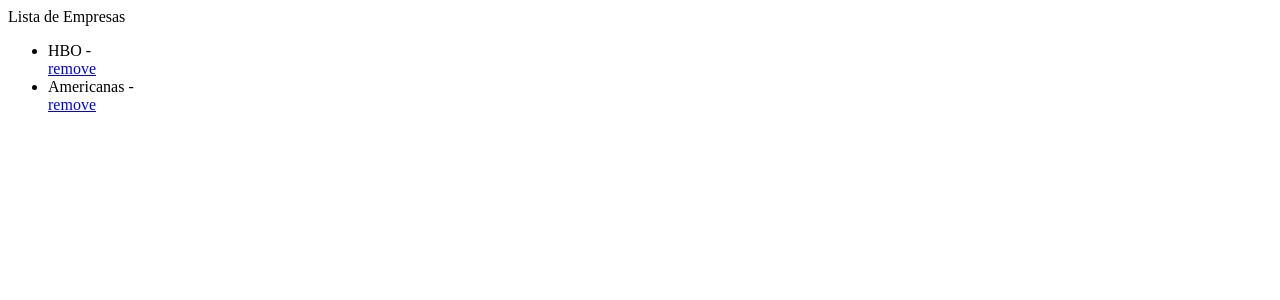
Repository: renanffdsouza/crud-java-servlet
Page: http://localhost/gerenciador/listaEmpresas
These files come from the project's save history. The page is drawn as it stood at one moment and after the next save; the edit follows.
The browser window is 1280 px wide. The pictures show the whole page.
The page is served by Tomcat 9. Other server files are loaded and not shown.

Above is the page before, as saved 2022-02-13 18:47:56.

### gerenciador/src/main/webapp/listaEmpresas.jsp
<%@page
	import="java.util.List, br.com.renan.gerenciador.servlet.Empresa"%>
<%@ page language="java" contentType="text/html; charset=ISO-8859-1"
	pageEncoding="ISO-8859-1"%>
<%@ taglib uri="http://java.sun.com/jsp/jstl/core" prefix="c" %>
<%@ taglib uri="http://java.sun.com/jsp/jstl/fmt" prefix="fmt" %>

<!DOCTYPE html>
<html>
<head>
<meta charset="ISO-8859-1">
<title>Java Standard Taglib</title>
</head>
<body>
	Lista de Empresas </br>

	<ul>
		<c:forEach items="${empresas}" var="empresa">
			<li>${empresa.nome } - <fmt:formatDate value="${empresa.dataAbertura }" pattern="dd/MM/yyyy"/></li>
			<a href="/gerenciador/removeEmpresa">remove</a>
		</c:forEach>
	</ul>

</body>
</html>

### gerenciador/src/main/java/br/com/renan/gerenciador/servlet/ListaEmpresasServlet.java
package br.com.renan.gerenciador.servlet;

import java.io.IOException;
import java.util.List;

import javax.servlet.RequestDispatcher;
import javax.servlet.ServletException;
import javax.servlet.annotation.WebServlet;
import javax.servlet.http.HttpServlet;
import javax.servlet.http.HttpServletRequest;
import javax.servlet.http.HttpServletResponse;


@WebServlet("/listaEmpresas")
public class ListaEmpresasServlet extends HttpServlet {
	private static final long serialVersionUID = 1L;

	protected void service(HttpServletRequest request, HttpServletResponse response) throws ServletException, IOException {
		Banco banco = new Banco();
		List<Empresa> lista = banco.getEmpresa();
		request.setAttribute("empresas", lista);
		RequestDispatcher rd = request.getRequestDispatcher("/listaEmpresas.jsp");
		rd.forward(request, response);



	}

}

### gerenciador/src/main/java/br/com/renan/gerenciador/servlet/modelo/copy/Banco.java
package br.com.renan.gerenciador.servlet;

import java.util.ArrayList;
import java.util.List;

public class Banco {
	private static List<Empresa> lista = new ArrayList<Empresa>();

	static {
		Empresa empresa = new Empresa();
		empresa.setNome("HBO");
		Empresa empresa2 = new Empresa();
		empresa2.setNome("Americanas");
		lista.add(empresa);
		lista.add(empresa2);
	}

	public void adiciona(Empresa empresa) {
		lista.add(empresa);
	}

	public List<Empresa> getEmpresa() {
		return Banco.lista;
	}

}

### gerenciador/src/main/java/br/com/renan/gerenciador/servlet/modelo/copy/Empresa.java
package br.com.renan.gerenciador.servlet;

import java.util.Date;

public class Empresa {
	private String nome;
	private Integer id;
	private Date dataAbertura;

	public String getNome() {
		return nome;
	}

	public void setNome(String nome) {
		this.nome = nome;
	}

	public Integer getId() {
		return id;
	}

	public void setId(Integer id) {
		this.id = id;
	}

	public Date getDataAbertura() {
		return dataAbertura;
	}

	public void setDataAbertura(Date dataAbertura) {
		this.dataAbertura = dataAbertura;
	}

}

After the next save:
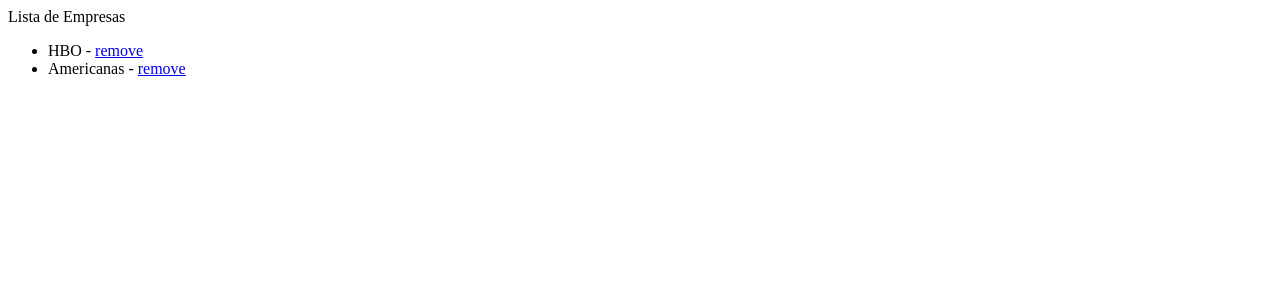
Saved 2 min 55 s later.
--- a/gerenciador/src/main/webapp/listaEmpresas.jsp
+++ b/gerenciador/src/main/webapp/listaEmpresas.jsp
@@ -16,8 +16,10 @@
 
 	<ul>
 		<c:forEach items="${empresas}" var="empresa">
-			<li>${empresa.nome } - <fmt:formatDate value="${empresa.dataAbertura }" pattern="dd/MM/yyyy"/></li>
+			<li>${empresa.nome } - <fmt:formatDate value="${empresa.dataAbertura }" pattern="dd/MM/yyyy"/>
 			<a href="/gerenciador/removeEmpresa">remove</a>
+			</li>
+
 		</c:forEach>
 	</ul>
 
